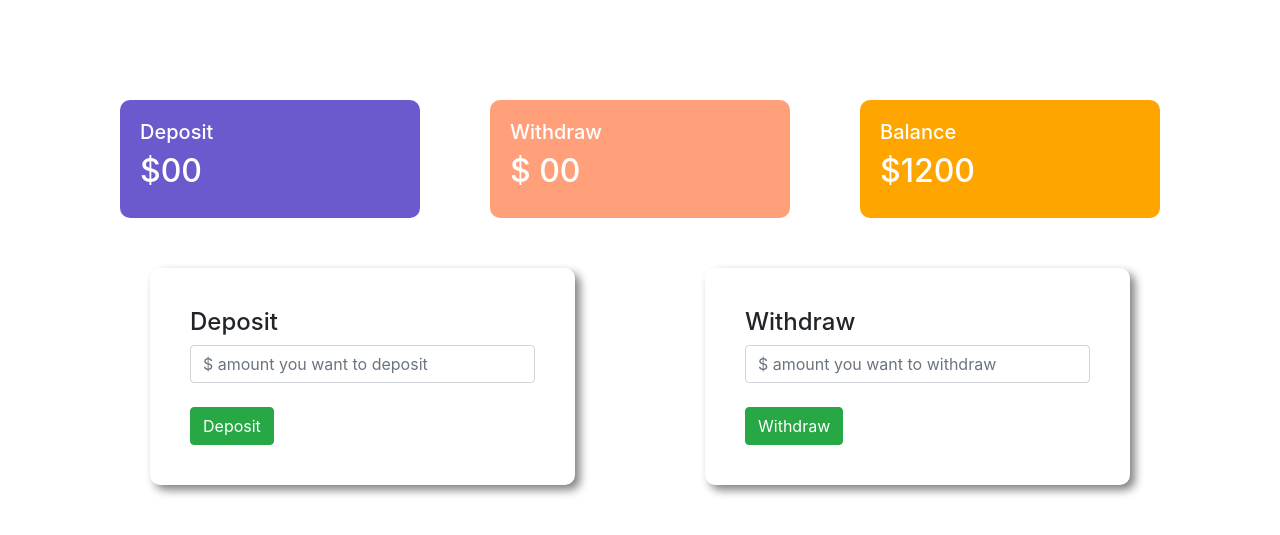
Repository: omarhasnain/pioneer-bank
Page: index.html
These files come from the project's save history. The page is drawn as it stood at one moment and after the next save; the edit follows.
The browser window is 1280 px wide. The pictures show the whole page.
Empty fields were first filled with sample values (such as "Sample", 5 or name@example.com).
After loading, the first visible `#login` was clicked once.

Above is the page before, as saved 2021-04-29 00:41:06.

After the next save:
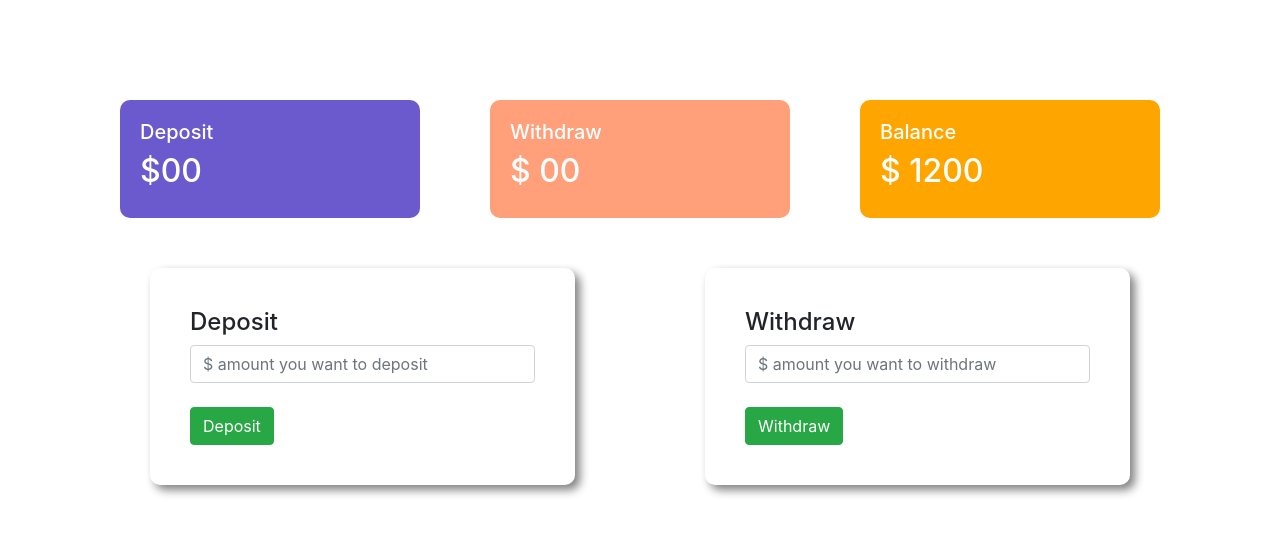
Saved 5 min 1 s later.
--- a/index.html
+++ b/index.html
@@ -40,7 +40,7 @@
             <div class="col-md-4 ">
                 <div class="balance status">
                     <h5>Balance</h5>
-                    <h2>$1200</h2>
+                    <h2>$<span id="currentBalance"></span> 1200</h2>
                 </div>
             </div>
         </div>
@@ -81,6 +81,8 @@
                 const totalDeposit = depositNumber + currentDepositNumber;
                 document.getElementById("currentDeposit").innerText = totalDeposit;
                 document.getElementById("depositAmount").value = "";
+
+                const currentBalance = document.getElementById
             });
 
         })
